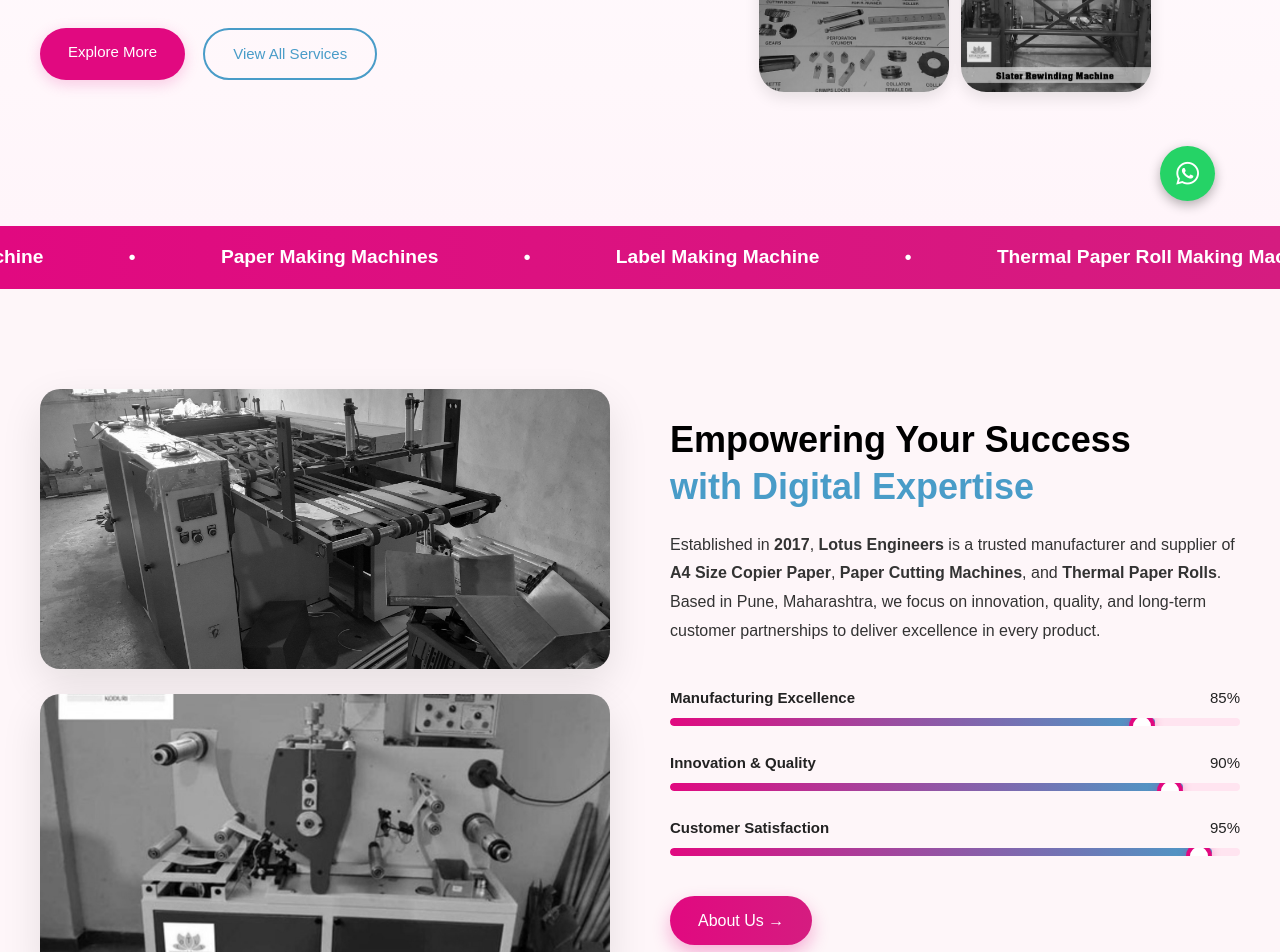
Repository: Khushichugh14/lotus-engineers
Page: index.html
The author's editor kept a copy of each file at every save. The page is drawn from the files as they stood at one save, then again after the next save.
The browser window is 1280 px wide. The pictures show the part of the page from y = 494 to 1446 px (the page is 4456 px tall).
A picture or video elsewhere on the page could not be fetched, so the positions and the page height are approximate.

Above is the page before, as saved 2025-12-24 15:09:37.

### index.html
<!DOCTYPE html>
<html lang="en">

<head>
  <meta charset="UTF-8" />
  <meta name="viewport" content="width=device-width, initial-scale=1.0" />
  <title>Lotus Engineers</title>
  <link rel="stylesheet" href="style.css" />
  <script src="script.js" defer></script>
  <!-- Font Awesome Icons -->
  <link rel="stylesheet" href="navbar.css" />
  <script src="navbar.js" defer></script>
  <link rel="stylesheet" href="footer.css" />
  <link rel="stylesheet" href="https://cdnjs.cloudflare.com/ajax/libs/font-awesome/6.5.1/css/all.min.css" />


</head>

<body>




  <!-- ===== Hero Section ===== -->
  <section id="home" class="hero">
    <div class="hero-container">
      <!-- Left Content -->
      <div class="hero-left">
        <h5>Reliable Industrial Partners</h5>
        <h1>Empowering Your Success with <span>Lotus Engineers</span></h1>
        <p>
          Your trusted partner for industrial machinery and printing solutions,
          blending innovation with excellence.
        </p>
        <div class="hero-buttons">
          <a href="#products" class="btn primary">Explore More</a>
          <a href="#about" class="btn secondary">View All Services</a>
        </div>
      </div>

      <!-- Right Image Grid -->
      <div class="hero-right">
        <div class="image-grid">
          <img src="images/atm-1.jpeg.jpg" alt="">
          <img src="images/flexo-label-printing-machine (1).jpg" alt="">
          <img src="images/WhatsApp Image 2025-11-14 at 11.52.01_70df9b95.jpg" alt="">
          <img src="images/slater-.jpeg.jpg" alt="">
        </div>

      </div>
    </div>
  </section>


  <section class="product-strip">
    <div class="scrolling-wrapper">
      <div class="scrolling-content">
        <span>Cutting Machine</span>
        <span>•</span>
        <span>Printing Machine</span>
        <span>•</span>
        <span>Paper Making Machines</span>
        <span>•</span>
        <span>Label Making Machine</span>
        <span>•</span>
        <span>Thermal Paper Roll Making Machine</span>
        <span>•</span>
        <span>Flexographic Printing Machine</span>
        <span>•</span>
        <span>Slitter Rewinder Machine</span>
        <span>•</span>
        <span>Die Cutting Machine</span>
        <span>•</span>
        <span>Sheet Cutting Machine</span>
        <span>•</span>
        <span>Packaging Label Machine</span>
        <span>•</span>
        <span>Automatic Labeling Machine</span>
        <span>•</span>
        <span>Paper Cutting Machine</span>
        <span>•</span>
      </div>
    </div>
  </section>

  <!-- ===== About Us Section ===== -->
  <section id="about" class="about">
    <div class="about-container">
      <!-- LEFT SIDE IMAGES -->
      <div class="about-left">
        <div class="img-top">
          <img src="images/product-jpeg (1).jpg" alt="Team Discussion" />
        </div>
        <div class="img-bottom">
          <img src="images/rotary-die-cutting-machine.jpg" alt="Business Meeting" />
        </div>
      </div>

      <!-- RIGHT SIDE CONTENT -->
      <div class="about-right">
        <h2>Empowering Your Success<br /><span>with Digital Expertise</span></h2>
        <p>
          Established in <strong>2017</strong>, <strong>Lotus Engineers</strong> is a trusted manufacturer and supplier
          of
          <strong>A4 Size Copier Paper</strong>, <strong>Paper Cutting Machines</strong>, and
          <strong>Thermal Paper Rolls</strong>. Based in Pune, Maharashtra, we focus on
          innovation, quality, and long-term customer partnerships to deliver excellence in
          every product.
        </p>

        <div class="progress-section">
          <div class="progress-item">
            <div class="label">
              <strong>Manufacturing Excellence</strong> <span>85%</span>
            </div>
            <div class="progress-bar">
              <div class="progress" style="width: 85%"></div>
            </div>
          </div>

          <div class="progress-item">
            <div class="label">
              <strong>Innovation & Quality</strong> <span>90%</span>
            </div>
            <div class="progress-bar">
              <div class="progress" style="width: 90%"></div>
            </div>
          </div>

          <div class="progress-item">
            <div class="label">
              <strong>Customer Satisfaction</strong> <span>95%</span>
            </div>
            <div class="progress-bar">
              <div class="progress" style="width: 95%"></div>
            </div>
          </div>
        </div>
        <a href="#about-us" class="btn-about">About Us →</a>
      </div>
    </div>
  </section>

  <!-- ===== Why Choose Us Section ===== -->
  <section id="why-us" class="why-choose-us">
    <div class="wcu-container">
      <div class="wcu-left">
        <div class="finix-text">
          <h6>Transparent process</h6>
          <h2>Why people choose us</h2>
          <p>We follow a clear end‑to‑end process: consult, design, manufacture, install, and support. Timelines are
            shared upfront, quality is documented, and communication stays transparent at every step.</p>
          <div class="wcu-media">
            <img src="https://raw.githubusercontent.com/farazc60/Project-Images/main/why_choose_us.png"
              alt="Why choose us image">
          </div>
        </div>
      </div>
      <div class="wcu-right">
        <div class="wcu-features">
          <div class="feature-box">
            <div class="feature-box-content">
              <div class="fbc-btn"><span>✓</span></div>
              <h3>Quality Assurance</h3>
              <p>ISO-aligned checks, component testing, and trial runs ensure dependable performance.</p>
            </div>
          </div>
          <div class="feature-box">
            <div class="feature-box-content">
              <div class="fbc-btn"><span>⏱</span></div>
              <h3>On-time Delivery</h3>
              <p>Committed schedules backed by planned production and reliable logistics.</p>
            </div>
          </div>
          <div class="feature-box">
            <div class="feature-box-content">
              <div class="fbc-btn"><span>🛠</span></div>
              <h3>PAN‑India Service</h3>
              <p>Installation, training, and responsive after‑sales support across India.</p>
            </div>
          </div>
          <div class="feature-box active-feature">
            <div class="feature-box-content">
              <div class="fbc-btn"><span>₹</span></div>
              <h3>Transparent Pricing</h3>
              <p>Fair quotations with no hidden costs and clear total‑cost ownership.</p>
            </div>
          </div>
        </div>
      </div>
    </div>
  </section>

  <!-- ===== Products Section ===== -->
  <section id="products" class="products">
    <div class="products-head">
      <h2>Our Products</h2>
      <p>Precision-built machinery for modern manufacturing.</p>
    </div>
    <div class="product-grid premium">
      <div class="product-card glass">
        <div class="pc-img">
          <img src="images/rotary-die-cutting-machine.jpg" alt="Rotary Die Cutting Machine" />
          <span class="pc-tag">Cutting</span>
        </div>
        <div class="pc-body">
          <h3>Rotary Die Cutting</h3>
          <p>High precision, robust build, efficient throughput.</p>
        </div>
      </div>
      <div class="product-card glass">
        <div class="pc-img">
          <img src="images/paper-cutting-machine.jpeg.jpg" alt="Paper Sheet Cutting Machine" />
          <span class="pc-tag">Cutting</span>
        </div>
        <div class="pc-body">
          <h3>Paper Sheet Cutting</h3>
          <p>Reliable, fast, and safety compliant for industry.</p>
        </div>
      </div>
      <div class="product-card glass">
        <div class="pc-img">
          <img src="images/paper-slitting-machine-250x250.webp" alt="Paper Slitting Machine" />
          <span class="pc-tag">Slitting</span>
        </div>
        <div class="pc-body">
          <h3>Paper Slitting</h3>
          <p>Precision slitting with low maintenance design.</p>
        </div>
      </div>
      <div class="product-card glass">
        <div class="pc-img">
          <img src="images/flexo-label-printing-machine.jpg" alt="Flexographic Printing Machine" />
          <span class="pc-tag">Printing</span>
        </div>
        <div class="pc-body">
          <h3>Flexographic Printing</h3>
          <p>High-speed printing with consistent quality output.</p>
        </div>
      </div>
    </div>
    <div class="products-foot">
      <a href="products.html" class="btn primary">View All Products</a>
    </div>


  </section>








  <!-- ===== Testimonials Section ===== -->
  <section id="testimonials" class="testimonials">
    <h2>What Our Clients Say</h2>

    <div class="testimonial-box">

      <!-- Testimonial 1 -->
      <div class="info t1">
        <p>"Lotus Engineers provided excellent quality and timely service. Highly recommended!
          Lotus Engineers provided excellent quality and timely service. Highly recommended! "</p>
        <h4>— Ramesh Industries</h4>
        <div class="bottom-line"></div>
      </div>

      <!-- Testimonial 2 -->
      <div class="info t2">
        <p>"Their machines are durable and efficient. We’ve been long-term customers."</p>
        <h4>— Global Print Solutions</h4>
        <div class="bottom-line"></div>
      </div>

      <!-- Testimonial 3 -->
      <div class="info t3">
        <p>"Exceptional customer service and reliable machinery!"</p>
        <h4>— Sai Packaging Pvt. Ltd.</h4>
        <div class="bottom-line"></div>
    </div>
    </div>
  </section>

  <section id="floating-buttons" style="
  position: fixed;
  bottom: 25px;
  right: 25px;
  display: flex;
  flex-direction: column;
  gap: 12px;
  z-index: 9999;
">

    <!-- WhatsApp -->
    <a href="https://wa.me/7720060073" target="_blank" style="
      background:#25D366;
      width:55px;
      height:55px;
      border-radius:50%;
      display:flex;
      align-items:center;
      justify-content:center;
      box-shadow:0 4px 12px rgba(0,0,0,.3);
      color:white;
      font-size:26px;
     " title="Chat on WhatsApp">
      <i class="fa-brands fa-whatsapp"></i>
    </a>

    <!-- Back to Top -->
    <button id="backToTop" title="Back to Top" style="
      background:#e10980;
      width:55px;
      height:55px;
      border-radius:50%;
      display:flex;
      align-items:center;
      justify-content:center;
      box-shadow:0 4px 12px rgba(0,0,0,.3);
      color:white;
      font-size:22px;
      border:none;
      cursor:pointer;
      display:none;
    ">
      <i class="fa-solid fa-arrow-up"></i>
    </button>
  </section>



</body>

</html>

### script.js
// Mobile menu toggle

const menuToggle = document.getElementById("menu-toggle");
const navLinks = document.querySelector(".nav-links");

if (menuToggle && navLinks) {
  menuToggle.addEventListener("click", () => {
    navLinks.classList.toggle("active");
  });
}



const testimonials = document.querySelector('.testimonials');
if ('IntersectionObserver' in window && testimonials) {
  const io = new IntersectionObserver((entries) => {
    entries.forEach((entry) => {
      if (entry.isIntersecting) {
        testimonials.classList.add('visible');
      } else {
        testimonials.classList.remove('visible');
      }
    });
  }, { threshold: 0.3 });
  io.observe(testimonials);
}

### navbar.css
/* ========================== TOP BAR ========================== */
.top-bar {
  background: linear-gradient(90deg, #e10980, #d51c80);
  color: #fff;
  display: flex;
  justify-content: space-between;
  align-items: center;
  padding: 8px 40px;
  font-size: 14px;
}

.contact-info span {
  margin-right: 20px;
  display: inline-flex;
  align-items: center;
}

/* ========================== SOCIAL ICONS ========================== */
.social-icons {
  display: flex;
  align-items: center;
  gap: 15px;
}

.social-icons a {
  display: inline-flex;
  align-items: center;
  justify-content: center;
  width: 34px;
  height: 34px;
  border-radius: 50%;
  background: #fff;
  overflow: hidden;
  transition: transform 0.3s ease, box-shadow 0.3s ease;
}

.social-icons a:hover {
  transform: translateY(-3px);
  box-shadow: 0 4px 10px rgba(225, 9, 128, 0.3);
}

.social-icons img {
  width: 20px;
  height: 20px;
  object-fit: contain;
  transition: transform 0.3s ease;
}
.social-icons a:hover img { transform: scale(1.08); }


/* ========================== NAVBAR ========================== */
.navbar {
  position: fixed;
  top: 0;
  width: 100%;
  background: rgba(255, 255, 255, 0.95);
  backdrop-filter: blur(10px);
  z-index: 999;
  box-shadow: 0 4px 20px rgba(225, 9, 128, 0.1);
  transition: all 0.3s ease;
}

.nav-container {
  display: flex;
  align-items: center;
  justify-content: space-between;
  padding: 15px 20px;
  max-width: 1300px;
  margin: auto;
}

.logo img {
  width: 130px;
  transition: transform 0.3s ease;
}

.logo img:hover {
  transform: scale(1.05);
}

.nav-links {
  display: flex;
  gap: 30px;
  align-items: center;
}

.nav-links a {
  color: #2b2b2b;
  font-weight: 500;
  position: relative;
  transition: color 0.3s ease;
  text-decoration: none;
}

.nav-links a::after {
  content: "";
  position: absolute;
  bottom: -6px;
  left: 0;
  width: 0%;
  height: 2px;
  background: linear-gradient(90deg, #e10980, #499cc8);
  transition: width 0.3s ease;
}

.nav-links a:hover::after,
.nav-links a.active::after {
  width: 100%;
}



.nav-links a:hover,
.nav-links a.active {
  color: #e10980;
}

/* ====== Search Box ====== */
.search-box {
  display: flex;
  align-items: center;
  border: 1.5px solid #e10980;
  border-radius: 25px;
  overflow: hidden;
  transition: 0.3s ease;
}

.search-box input {
  padding: 8px 12px;
  border: none;
  outline: none;
  font-size: 14px;
  width: 160px;
  transition: width .25s ease;
}

.search-box:focus-within input {
  width: 320px;
}

.search-box button {
  background: linear-gradient(90deg, #e10980, #499cc8);
  color: #fff;
  border: none;
  padding: 8px 15px;
  font-size: 14px;
  cursor: pointer;
  transition: opacity 0.3s ease;
}

.search-box button:hover {
  opacity: 0.85;
}

/* ====== Mobile Menu ====== */
.menu-toggle {
  display: none;
  color: #e10980;
  font-size: 26px;
  cursor: pointer;
}

/* ====== Mobile Dropdown Menu (NO OUTER BLOCK) ====== */
@media (max-width: 1024px) {

  .menu-toggle {
    display: block;
  }

  .search-box {
    display: none;
  }

  /* Dropdown container (no background, no card) */
  .nav-links {
    display: none;
    flex-direction: column;
    position: fixed;
    top: 120px;
    left: 50%;
    transform: translateX(-50%);
    width: 90%;
    max-width: 360px;
    padding: 0;                /* 🔴 no outer padding */
    background: transparent;  /* 🔴 remove outer block */
    box-shadow: none;         /* 🔴 remove outer shadow */
    gap: 14px;
    z-index: 1000;
  }

  .nav-links.active {
    display: flex;
  }

  /* Individual menu items only */
  .nav-links a {
    display: block;
    width: 100%;
    padding: 18px;
    background: #ffffff;
    border-radius: 18px;
    font-size: 16px;
    font-weight: 500;
    color: #2b2b2b;
    text-decoration: none;
    box-shadow: 0 8px 20px rgba(0,0,0,0.08);
    transition: all 0.25s ease;
  }

  .nav-links a:hover {
    background: #f5f5f5;
  }

  .nav-links a.active {
    background: #fde8f1;
    color: #e10980;
  }

  /* Remove desktop underline animation */
  .nav-links a::after {
    display: none;
  }
}

### footer.css
/* ========================== FOOTER REDESIGN ========================== */
.footer {
  background: linear-gradient(135deg, #c7d2fe 0%, #fbcfe8 100%);
  padding: 80px 20px 40px;
  font-family: "Poppins", sans-serif;
  color: #333;
  position: relative;
  overflow: hidden;
}

.footer-container {
  max-width: 1200px;
  margin: 0 auto;
  display: grid;
  grid-template-columns: repeat(3, 1fr);
  gap: 30px;
  background: rgba(255, 255, 255, 0.4);
  backdrop-filter: blur(15px);
  padding: 40px;
  border-radius: 40px;
  border: 1px solid rgba(255, 255, 255, 0.6);
  box-shadow: 0 15px 35px rgba(0, 0, 0, 0.05);
  position: relative;
  z-index: 2;
}

/* Footer Cards */
.footer-card {
  background: #ffffff;
  padding: 30px;
  border-radius: 25px;
  box-shadow: 0 8px 20px rgba(0, 0, 0, 0.04);
  display: flex;
  flex-direction: column;
}

/* About Card */
.footer-logo-container {
  margin-bottom: 20px;
}

.footer-logo-container img {
  max-height: 60px;
  border-radius: 8px;
}

.footer-about p {
  font-size: 14px;
  line-height: 1.6;
  color: #555;
  margin-bottom: 20px;
}

.footer-social {
  display: flex;
  gap: 12px;
  margin-top: auto;
}

.footer-social a {
  width: 40px;
  height: 40px;
  background: #e10980;
  color: #fff;
  border-radius: 50%;
  display: flex;
  align-items: center;
  justify-content: center;
  font-size: 16px;
  transition: transform 0.3s ease, background 0.3s ease;
  text-decoration: none;
}

.footer-social a:hover {
  transform: translateY(-3px);
  background: #c1076d;
}

/* Quick Links Card */
.footer-links h4 {
  color: #e10980;
  font-size: 18px;
  font-weight: 700;
  margin-bottom: 20px;
  position: relative;
}

.footer-links ul {
  list-style: none;
  padding: 0;
}

.footer-links li {
  margin-bottom: 12px;
}

.footer-links a {
  color: #555;
  text-decoration: none;
  font-size: 15px;
  transition: color 0.3s ease;
}

.footer-links a:hover {
  color: #e10980;
}

/* Contact Card */
.footer-contact h4 {
  color: #e10980;
  font-size: 18px;
  font-weight: 700;
  margin-bottom: 20px;
}

.footer-contact p {
  font-size: 14px;
  line-height: 1.6;
  color: #555;
  margin-bottom: 15px;
}

.footer-contact a {
  color: #0ea5e9;
  text-decoration: none;
}

.footer-contact a:hover {
  text-decoration: underline;
}

/* Footer Bottom */
.footer-bottom {
  text-align: center;
  margin-top: 50px;
  padding-top: 20px;
  border-top: 1px solid rgba(225, 9, 128, 0.2);
  font-size: 13px;
  color: #555;
}

.footer-bottom .dev-name {
  color: #e10980;
  font-weight: 600;
}

/* Responsive */
@media (max-width: 1024px) {
  .footer-container {
    grid-template-columns: repeat(2, 1fr);
  }
}

@media (max-width: 768px) {
  .footer {
    padding: 60px 15px 30px;
  }
  .footer-container {
    grid-template-columns: 1fr;
    padding: 25px;
    border-radius: 30px;
    gap: 20px;
  }
  .footer-card {
    padding: 20px;
  }
}

/* ==========================
   RESPONSIVE – FOOTER
========================== */

@media (max-width: 1024px) {
  .footer-container {
    grid-template-columns: repeat(2, 1fr);
  }
}

@media (max-width: 768px) {
  .footer-container {
    grid-template-columns: 1fr;
    text-align: center;
  }

  .footer-social {
    justify-content: center;
  }
}

### navbar.html
<!-- ===================== NAVBAR COMPONENT ===================== -->
<header class="navbar">
  <!-- ===== Top Bar ===== -->
   <div class="mobile-backdrop">
    <div class="top-bar">
    <div class="contact-info">
      <span>📞 8668641842</span>
      <span>✉️ lotusengg18@gmail.com</span>
      <span>📍 Pune, Maharashtra</span>
    </div>

    <div class="social-icons">
      <a href="https://www.facebook.com/" target="_blank">
        <img src="images/facebook.png" alt="Facebook" />
      </a>
      <a href="https://www.instagram.com/" target="_blank">
        <img src="images/insta.avif" alt="Instagram" />
      </a>
      <a href="https://www.linkedin.com/" target="_blank">
        <img src="images/linkedin.webp" alt="LinkedIn" />
      </a>
    </div>
  </div>

  <!-- ===== Main Navbar ===== -->
  <div class="nav-container">
    <div class="logo">
      <img src="icons/logo.jpg" alt="Lotus Engineers Logo" />
    </div>

    <nav class="nav-links hidden" id="nav-links">
      <a href="index.html" >Home</a>
      <a href="about.html" >About Us</a>
      <a href="products.html" >Our Products</a>
      <a href="gallery.html" >Gallery</a>
      <a href="contact.html" >Contact</a>
    </nav>

    <div class="search-box">
      <input type="text" placeholder="Search..." />
      <button>Search</button>
    </div>

    <div class="menu-toggle" id="menu-toggle">&#9776;</div>
  </div>
   </div>

</header>

### footer.html
<html lang="en">

<head>
  <meta charset="UTF-8">
  <meta name="viewport" content="width=device-width, initial-scale=1.0">
  <title>Document</title>
</head>

<body>
  <!-- footer.html -->
  <footer class="footer">
    <div class="footer-container">
      <!-- About Card -->
      <div class="footer-card footer-about">
        <div class="footer-logo-container">
          <img src="icons/logo.jpg" alt="Lotus Engineers Logo" />
        </div>
        <p>
          <strong>Lotus Engineers</strong> — Manufacturer and Supplier of high-quality
          cutting and printing machinery, based in Pune, Maharashtra.
        </p>
        <div class="footer-social">
          <a href="#" target="_blank"><i class="fa-brands fa-facebook-f"></i></a>
          <a href="#" target="_blank"><i class="fa-brands fa-instagram"></i></a>
          <a href="#" target="_blank"><i class="fa-brands fa-linkedin-in"></i></a>
        </div>
      </div>

      <!-- Links Card -->
      <div class="footer-card footer-links">
        <h4>Quick Links</h4>
        <ul>
          <li><a href="index.html">Home</a></li>
          <li><a href="about.html">About</a></li>
          <li><a href="products.html">Products</a></li>
          <li><a href="contact.html">Contact</a></li>
        </ul>
      </div>

      <!-- Contact Card -->
      <div class="footer-card footer-contact">
        <h4>Contact Us</h4>
        <div class="contact-info">
          <p>Lotus Engineers Survey No. 30/27, Milkat No. 5/558, Dambar Plant Road, Dhayri Pune - 411041, Maharashtra,
            India</p>
          <p><strong>Call:</strong><br />
            <a href="tel:8688005711">8688005711</a><br />
            <a href="tel:9823386085">9823386085</a>
          </p>
          <p><strong>Email:</strong> <a href="mailto:info@lotusengineers.in">info@lotusengineers.in</a></p>
        </div>
      </div>
    </div>

    <div class="footer-bottom">
      <p>Developed by <span class="dev-name">DWI</span> © 2025 <strong>Lotus Engineers</strong>. All Rights Reserved.
      </p>
    </div>
  </footer>
</body>

</html>

Loaded but not shown: navbar.js (63 lines, source omitted); style.css (1039 lines, source omitted)

After the next save:
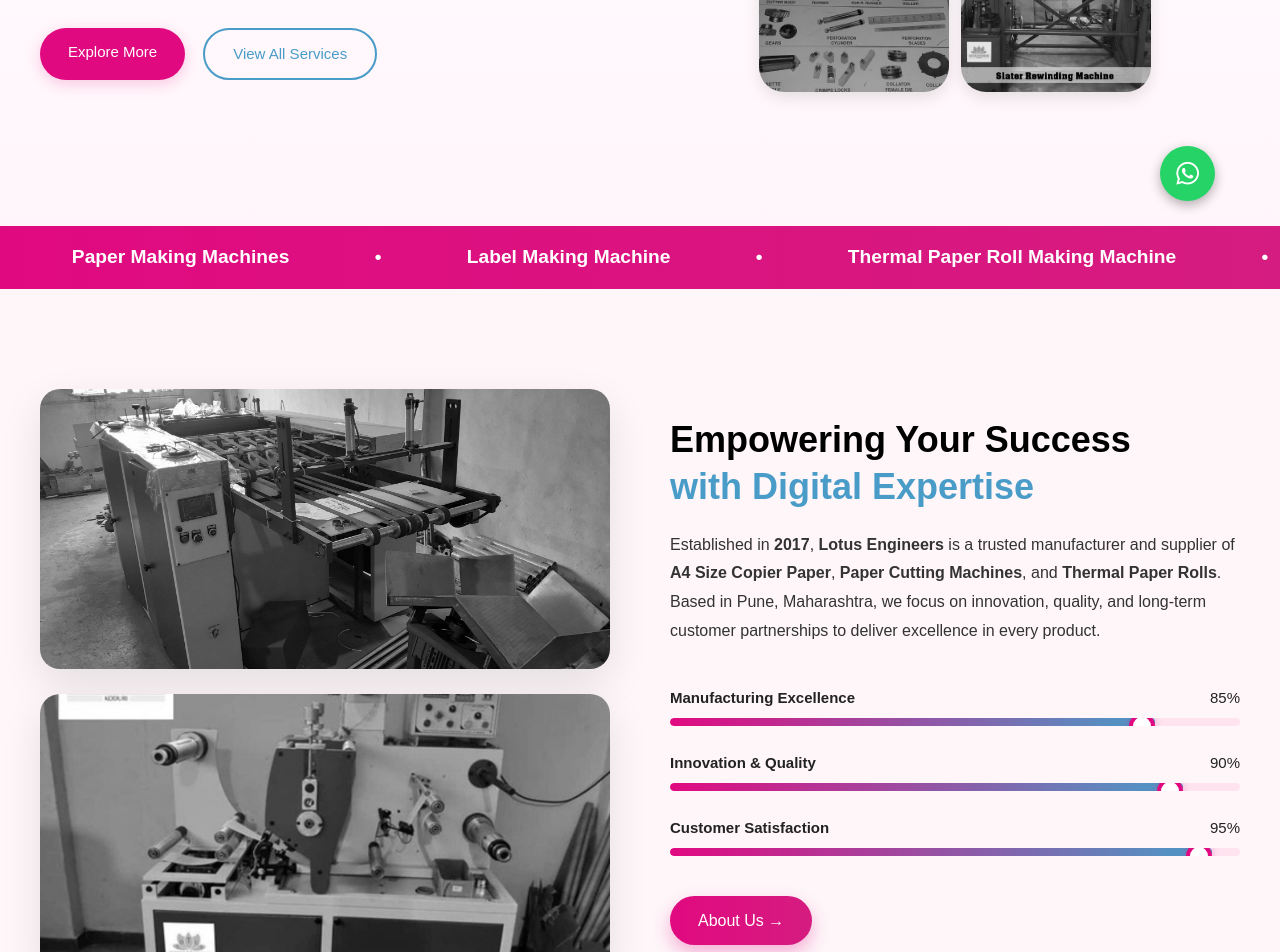
Saved 42 s later.
--- a/script.js
+++ b/script.js
@@ -24,3 +24,21 @@
   }, { threshold: 0.3 });
   io.observe(testimonials);
 }
+
+// Back to Top button
+const backToTop = document.getElementById("backToTop");
+
+window.addEventListener("scroll", () => {
+  if (window.scrollY > 300) {
+    backToTop.style.display = "flex";
+  } else {
+    backToTop.style.display = "none";
+  }
+});
+
+backToTop.addEventListener("click", () => {
+  window.scrollTo({
+    top: 0,
+    behavior: "smooth"
+  });
+});
